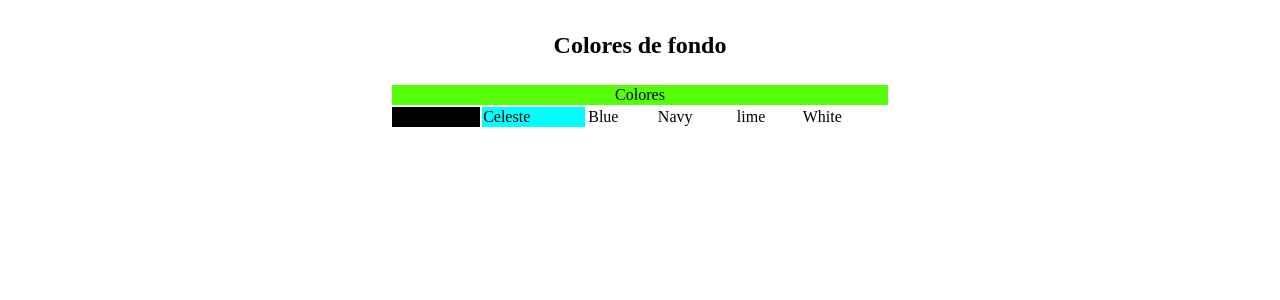
Repository: ThePerez/ArgProg
Page: Practicas ArgProg/Practica 3/Ejercicio 5/index.html
An editor plug-in stored every save of this project. The page is shown before and after the next save, followed by the edit.
The browser window is 1280 px wide. The pictures show the whole page.

Above is the page before, as saved 2023-03-14 12:09:28.

### Practicas ArgProg/Practica 3/Ejercicio 5/index.html
<!DOCTYPE html>
<html lang="en">

<head>
     <meta charset="UTF-8">
     <meta http-equiv="X-UA-Compatible" content="IE=edge">
     <meta name="viewport" content="width=device-width, initial-scale=1.0">
     <title>Ejercicio 5</title>
     <link rel="stylesheet" href="styles.css">
</head>

<body>
     <div class="principal">
          <p id="title">Colores de fondo</p>
          <table class="table">
               <tr>
                    <td id="colores" colspan="7">Colores</td>
               </tr>

               <tr>
                    <td class="black">Negro</td>
                    <td class="celeste">Celeste</td>
                    <td class="blue">Blue</td>
                    <td class="navy">Navy</td>
                    <td class="lime">lime</td>
                    <td class="white">White</td>
               </tr>
          </table>
     </div>
</body>

</html>

### Practicas ArgProg/Practica 3/Ejercicio 5/styles.css
#title{
     font-weight: bold;
     font-size: x-large;
     text-align: center;
}

.principal{
     display: grid;
     place-content: center;
}

.table{
     border: 1px;
     width: 500px;
}

#colores{
     background-color: rgb(86, 255, 8);
     text-align: center;
}

.black{
     background-color: black;
}

.celeste{
     background-color: aqua;
}

After the next save:
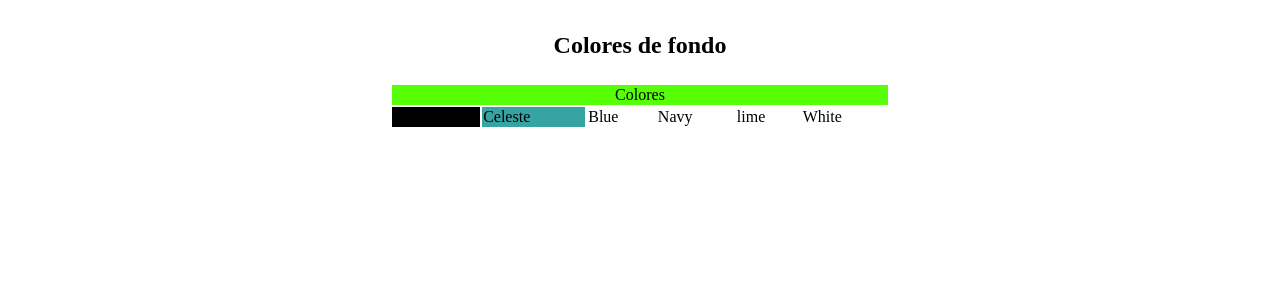
Saved 5 s later.
--- a/Practicas ArgProg/Practica 3/Ejercicio 5/styles.css
+++ b/Practicas ArgProg/Practica 3/Ejercicio 5/styles.css
@@ -24,5 +24,5 @@
 }
 
 .celeste{
-     background-color: aqua;
+     background-color: rgb(55, 163, 163);
 }
